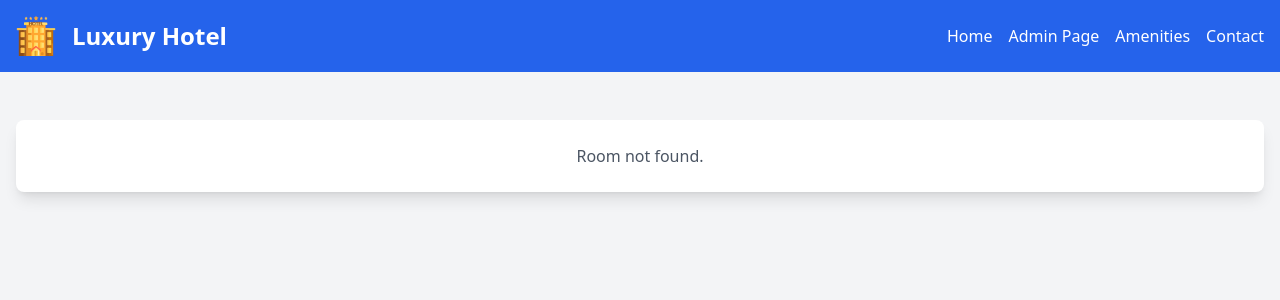
Repository: LeTiepTuyen/hw4_hotel_admin_letieptuyen
Page: pages/detail.html
These files come from the project's save history. The page is drawn as it stood at one moment and after the next save; the edit follows.
The browser window is 1280 px wide. The pictures show the whole page.
Some web libraries are served in a nearby version.

Above is the page before, as saved 2024-10-03 20:06:22.

After the next save:
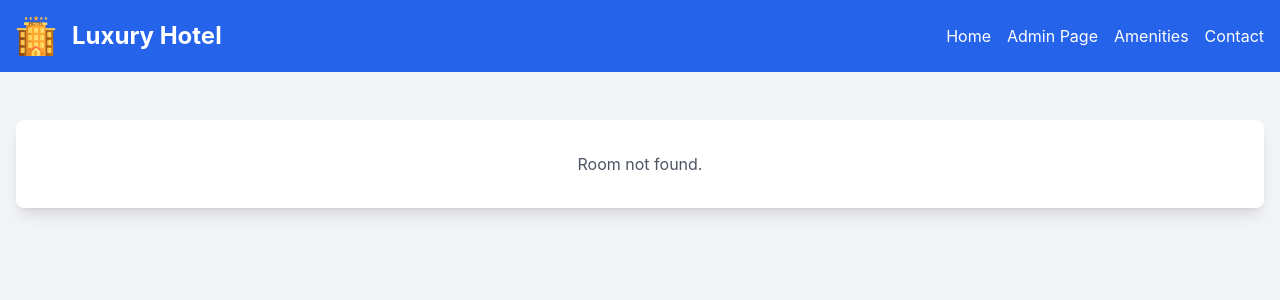
Saved 2 min 23 s later.
--- a/pages/detail.html
+++ b/pages/detail.html
@@ -5,8 +5,14 @@
     <meta name="viewport" content="width=device-width, initial-scale=1.0" />
     <title>Room Details</title>
     <script src="https://cdn.tailwindcss.com"></script>
+    <style>
+      body {
+        font-family: "Inter", sans-serif;
+      }
+    </style>
   </head>
   <body class="bg-gray-100">
+    <!-- Header -->
     <header class="bg-blue-600 text-white py-4">
       <div class="container mx-auto px-4 flex justify-between items-center">
         <div class="flex items-center space-x-4">
@@ -24,11 +30,12 @@
       </div>
     </header>
 
-    <div class="container mx-auto mt-8 p-4">
-      <div id="room-detail" class="bg-white rounded-lg shadow-lg p-6">
+    <!-- Main Content -->
+    <main class="container mx-auto mt-8 p-4">
+      <div id="room-detail" class="bg-white rounded-lg shadow-lg p-8">
         <!-- Room details will be dynamically inserted here -->
       </div>
-    </div>
+    </main>
 
     <script>
       // Lấy room ID từ URL
@@ -48,19 +55,48 @@
 
         if (room) {
           roomDetailDiv.innerHTML = `
-            <div class="grid grid-cols-1 md:grid-cols-2 gap-6">
+            <div class="grid grid-cols-1 lg:grid-cols-2 gap-10">
               <div>
-                <img src="${
-                  room.imageUrl.startsWith("assets") ? (room.imageUrl = `../${room.imageUrl}`) : room.imageUrl
-                }" alt="${room.name}" class="w-full h-80 object-contain rounded-lg shadow-md">
+                <img src="${room.imageUrl}" alt="${room.name}" class="w-full h-auto object-cover rounded-lg shadow-lg">
               </div>
               <div class="flex flex-col justify-between">
                 <div>
-                  <h2 class="text-3xl font-bold text-gray-800">${room.name}</h2>
-                  <p class="text-gray-600 mt-4">${room.description}</p>
-                  <p class="text-2xl text-blue-600 mt-4">${room.price.toLocaleString()}₫</p>
+                  <h2 class="text-4xl font-extrabold text-gray-800 mb-4">${room.name}</h2>
+                  <p class="text-gray-600 text-lg mb-6">${room.description}</p>
+                  <p class="text-3xl font-semibold text-blue-600 mb-4">${room.price.toLocaleString()}₫</p>
+                  <ul class="list-disc list-inside text-gray-600 text-lg space-y-2">
+                    <li>Free Wi-Fi</li>
+                    <li>King-sized bed</li>
+                    <li>Ocean view</li>
+                    <li>Breakfast included</li>
+                  </ul>
                 </div>
-                <button class="bg-blue-500 text-white px-6 py-3 rounded-lg mt-6 hover:bg-blue-600 transition-colors">Book Now</button>
+                <button class="bg-green-500 text-white px-8 py-4 rounded-lg mt-6 hover:bg-green-600 transition-colors text-xl font-semibold">
+                  Book Now
+                </button>
+              </div>
+            </div>
+            <div class="mt-12">
+              <h3 class="text-2xl font-bold text-gray-800 mb-4">Customer Reviews</h3>
+              <div class="bg-gray-50 p-6 rounded-lg shadow-md space-y-4">
+                <div class="flex items-center space-x-4">
+                  <div class="bg-blue-500 w-12 h-12 rounded-full text-white flex items-center justify-center">
+                    J
+                  </div>
+                  <div>
+                    <p class="font-semibold text-gray-800">John Doe</p>
+                    <p class="text-sm text-gray-600">"Amazing room, very clean and the view was spectacular!"</p>
+                  </div>
+                </div>
+                <div class="flex items-center space-x-4">
+                  <div class="bg-green-500 w-12 h-12 rounded-full text-white flex items-center justify-center">
+                    M
+                  </div>
+                  <div>
+                    <p class="font-semibold text-gray-800">Mary Jane</p>
+                    <p class="text-sm text-gray-600">"Comfortable stay and excellent service!"</p>
+                  </div>
+                </div>
               </div>
             </div>
           `;
